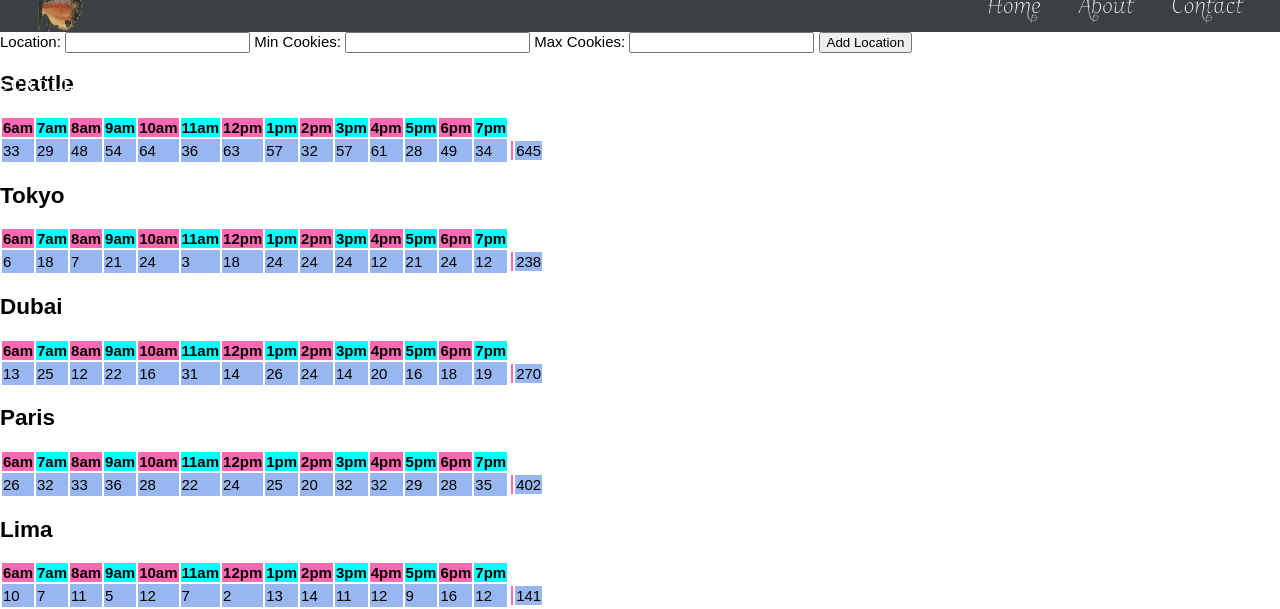
Repository: aaron1986/cookie_stand
Page: index.html
An editor plug-in stored every save of this project. The page is shown before and after the next save, followed by the edit.
The browser window is 1280 px wide. The pictures show the part of the page from y = 583 to 1192 px (the page is 1192 px tall).
A picture or video elsewhere on the page could not be fetched, so the positions and the page height are approximate.

Above is the page before, as saved 2023-09-29 07:52:21.

### index.html
<!DOCTYPE html>
<html lang="en">
<head>
    <meta charset="UTF-8">
    <meta name="viewport" content="width=device-width, initial-scale=1.0">
    <link rel="stylesheet" href="./style.css">
    <script src="./app.js" defer></script>
    <title>Document</title>
</head>
<body>
    <header>
        <video autoplay muted loop>
            <source src="./vid/salmon.mp4">
        </video>

     <!-- heading text -->
     <div class="container">
        <div class="hero-text">
            <h1>Experience <br>Salmon <br>Cookies</h1>
                <a class="scroll-down">Scroll Down</a>
         </div> <!-- end of hero-text -->
     </div> <!-- end of container -->

    </header>

    <main>


        <nav>
            <img src="./img/salmon.png">
            <ul>

                <li><a href="#">Home</a></li>
                <li><a href="#">About</a></li>
                <li><a href="#">Contact</a></li>
            </ul>
         </nav>



         <form id="location-form">
            <label for="location">Location:</label>
            <input type="text" name="location">

            <label for="min-cookies">Min Cookies:</label>
            <input type="number" name="minCookies" id="min-cookies">

            <label for="max-cookies">Max Cookies:</label>
            <input type="number" name="maxCookies">

            <button type="submit">Add Location</button>
        </form>


        <div id="shop-location">


        </div>

    </main>

    <footer>

    </footer>
</body>
</html>

### style.css
th:nth-child(even) {
    background-color: aqua;
}

th:nth-child(odd) {
    background-color: hotpink;
}

td {
    background-color: rgb(152, 183, 240);
}


html, body {
    display: block;
    width: 100%;
    height:100%;
    margin: 0;
    padding: 0;
    background: transparent;
    font-size: 15px;
    font-family: "itc-avant-garde-gothic-pro", sans-serif;
}



video {
    margin-top: -6%;
    left: 0;
    width: 100%;
    height: 100%;
    background-color: rgba(0,0,0,.3);
    z-index: 1;
  }



/* start of hero text */

.hero-text {
    width: 100%;
  margin-top:-25%;
}


h1 {
    font-family: "heading-text";
    font-weight: 400;
  font-style: normal;
  font-size: 90px;
  color: #fff;
  text-indent: -16px;
    line-height: 78px;
    margin-bottom: 19px;
    text-align: center;
    justify-content: center;

}

@font-face {
    font-family: 'heading-text';
    src: url('./fonts/GarineldoNo02.otf');
}

.scroll-down {
    font: 700 14px/22px "Montserrat",serif;
  color: #fff;
  text-transform: uppercase;
  letter-spacing: 3px;
  bottom: 40px;
  z-index: 2;
  text-align: center;
  position: absolute;
}

/* end of hero text */


/* start of navigation */
nav {
    background-color: #3B4043;
    height:55px;
}
ul {
   display: flex;
   justify-content: flex-end;
}
li {
    display: inline;
    margin-right: 3%;
    margin-top: -5%;
    font-family: "heading-text";
    font-size: 32px;
}

li a {
    color: #fff;
    text-decoration: none;
    list-style: none;
}

a:hover {
    transition: opacity .55s .2s,top .55s;
  opacity: .55;
  top: -10px;
  color: #d3b298;
  border-top: 2px solid #d3b298;
}

img {
    width: 45px;
    height:55px;
    margin-left:3%;
}

img:hover {
	-webkit-filter: grayscale(100%) blur(3px);
	filter: grayscale(100%) blur(3px);
}

### app.js
const Hours = ['6am', '7am', '8am', '9am', '10am', '11am', '12pm', '1pm', '2pm', '3pm', '4pm', '5pm', '6pm', '7pm'];

function randonNumber(min, max) {
    return Math.floor(Math.random() * (max - min + 1)) + min;
}

function ShopLocation(location, min, max, avg) {
    this.location = location;
    this.min = min;
    this.max = max;
    this.avg = avg;
    this.customersPerHour = [];
    this.cookiesPerHour = [];
    this.totalSold = 0;


    this.calcTotal = function() {
        for(let i = 0; i < Hours.length; i++) {
            const randNum = randonNumber(this.min, this.max);
                this.customersPerHour.push(randNum);
                this.cookiesPerHour.push(randNum * this.avg);
        }
    };

}

const shopLocations = [];

const shopLocationSeattle = new ShopLocation ("Seattle", 23, 65, 6.3);

const shopLocationTokyo = new ShopLocation("Tokyo", 3, 24, 1.2);

const shopLocationDubai = new ShopLocation("Dubai",11,38,3.7);

const shopLocationParis = new ShopLocation("Paris",20,38,2.3);

const shopLocationLima = new ShopLocation("Lima",2,16,4,6);

shopLocationSeattle.calcTotal();
shopLocationTokyo.calcTotal();
shopLocationDubai.calcTotal();
shopLocationParis.calcTotal();
shopLocationLima.calcTotal();


const shopLocationHtml = document.getElementById("shop-location");
const locationForm = document.getElementById("location-form");

function createShopLocation(locationData) {
    const article = document.createElement("article");

    //Headers
    const h2 = document.createElement("h2");
    h2.textContent = locationData.location;
    article.appendChild(h2);


    //Table information
    const table = document.createElement("table");

    const thead = document.createElement("thead");
    const headerRow = document.createElement("tr");

    // Loop through the hours and create table headers
    for (let i = 0; i < locationData.customersPerHour.length; i++) {
        const th = document.createElement("th");
        th.textContent = `${Hours[i]}`;
        headerRow.appendChild(th);
    }

    thead.appendChild(headerRow);
    table.appendChild(thead);

    const tbody = document.createElement("tbody");
    const dataRow = document.createElement("tr");

    // Loop through the customersPerHour
    for (let i = 0; i < locationData.customersPerHour.length; i++) {
        const td = document.createElement("td");
        td.textContent = `${locationData.customersPerHour[i]}`;
        dataRow.appendChild(td);
    }

        tbody.appendChild(dataRow);

        // Calculate the daily total for each hour
        const totalRow = document.createElement("tr");
        const totalCell = document.createElement("th");

        //totalCell.textContent = "Daily Location Total";
        totalRow.appendChild(totalCell);


        let dailyTotal = 0;
        for(let i = 0; i < locationData.customersPerHour.length; i++) {
            dailyTotal += locationData.customersPerHour[i];
        }

        const td = document.createElement("td");
        td.textContent = `${dailyTotal}`;
        totalRow.appendChild(td);
        //console.log(dailytotal);


    dataRow.appendChild(totalRow);
    table.appendChild(tbody);
    article.appendChild(table);
    shopLocationHtml.appendChild(article);
}

createShopLocation(shopLocationSeattle);
createShopLocation(shopLocationTokyo);
createShopLocation(shopLocationDubai);
createShopLocation(shopLocationParis);
createShopLocation(shopLocationLima);

// Add event listener to the form for adding new locations
locationForm.addEventListener("submit", function (event) {
    event.preventDefault();

    const location = event.target.location.value;
    const minCookies = parseInt(event.target.minCookies.value);
    const maxCookies = parseInt(event.target.maxCookies.value);

/*     const numArray = [];

    const numberInput = document.getElementById("min-cookies");
    const inputvalue = parseInt(numberInput.value);
    console.log(inputvalue); */

    let result = (minCookies + maxCookies) / 2;
    //console.log((minCookies + maxCookies) / 2);

    const td = document.createElement("td");
        td.textContent = `${result}`;
        document.body.appendChild(td);

        const newLocation = new ShopLocation(location);
        newLocation.calcTotal();
        shopLocations.push(newLocation);
        createShopLocation(newLocation);
    }






);

After the next save:
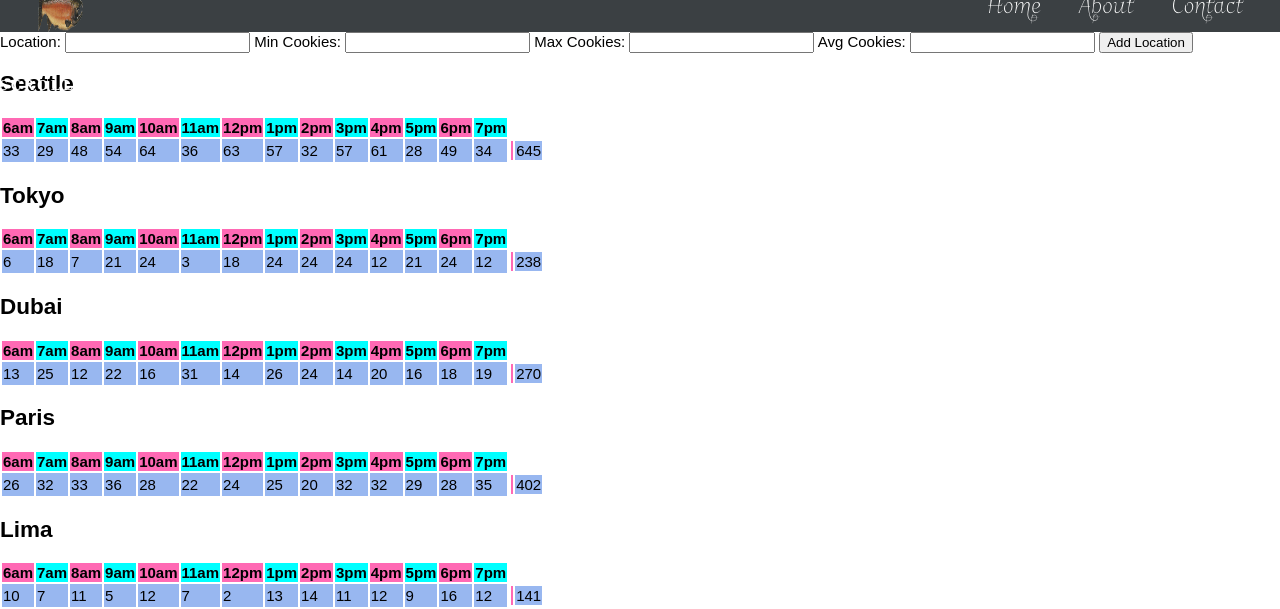
Saved 21 min 14 s later.
--- a/index.html
+++ b/index.html
@@ -48,6 +48,9 @@
             <label for="max-cookies">Max Cookies:</label>
             <input type="number" name="maxCookies">
 
+            <label for="avgcookies">Avg Cookies:</label>
+            <input type="number" name="AvgCookies">
+
             <button type="submit">Add Location</button>
         </form>
 
